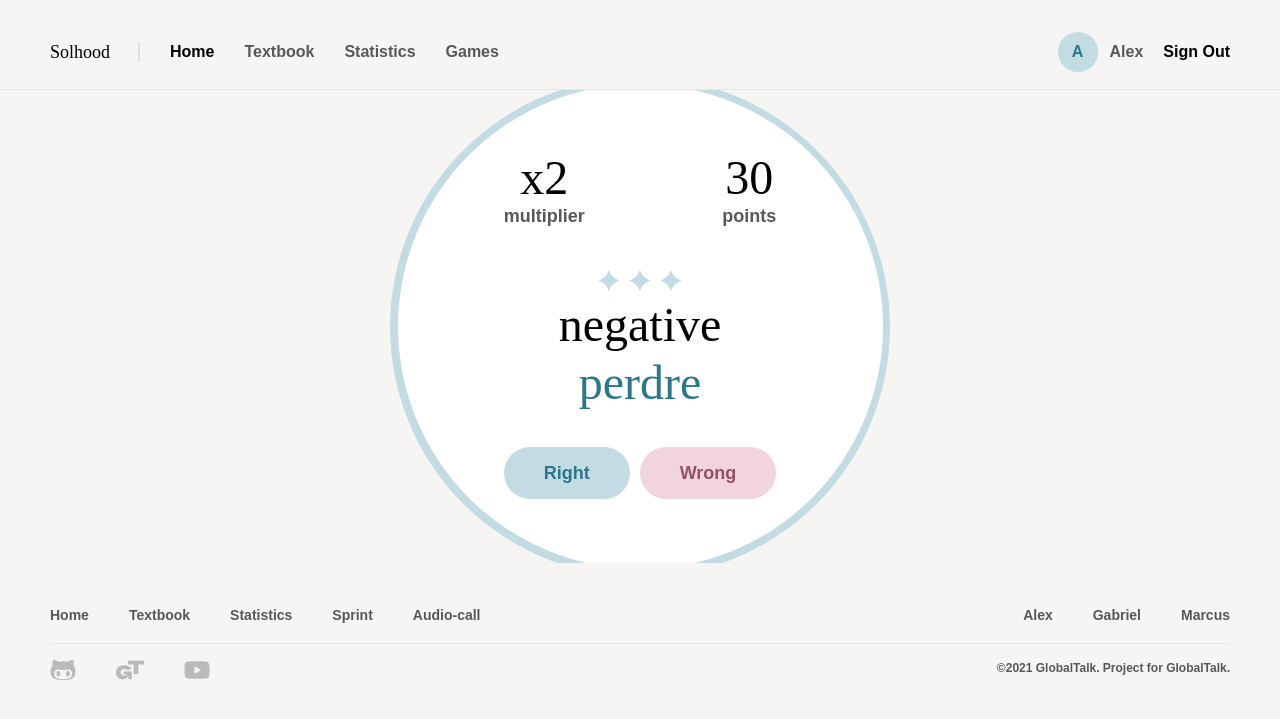
Repository: haudnn/solhood
Page: /game
The author's editor kept a copy of each file at every save. The page is drawn from the files as they stood at one save, then again after the next save.
The browser window is 1280 px wide. The pictures show the whole page.
The project was rebuilt for these pictures with package versions that can differ from the ones it lists, and the page was loaded fresh each time. Also part of the build but not shown: src/pages/Home.tsx, src/pages/Sprint.tsx.

Above is the page before, as saved 2023-01-03 18:00:05.

After the next save:
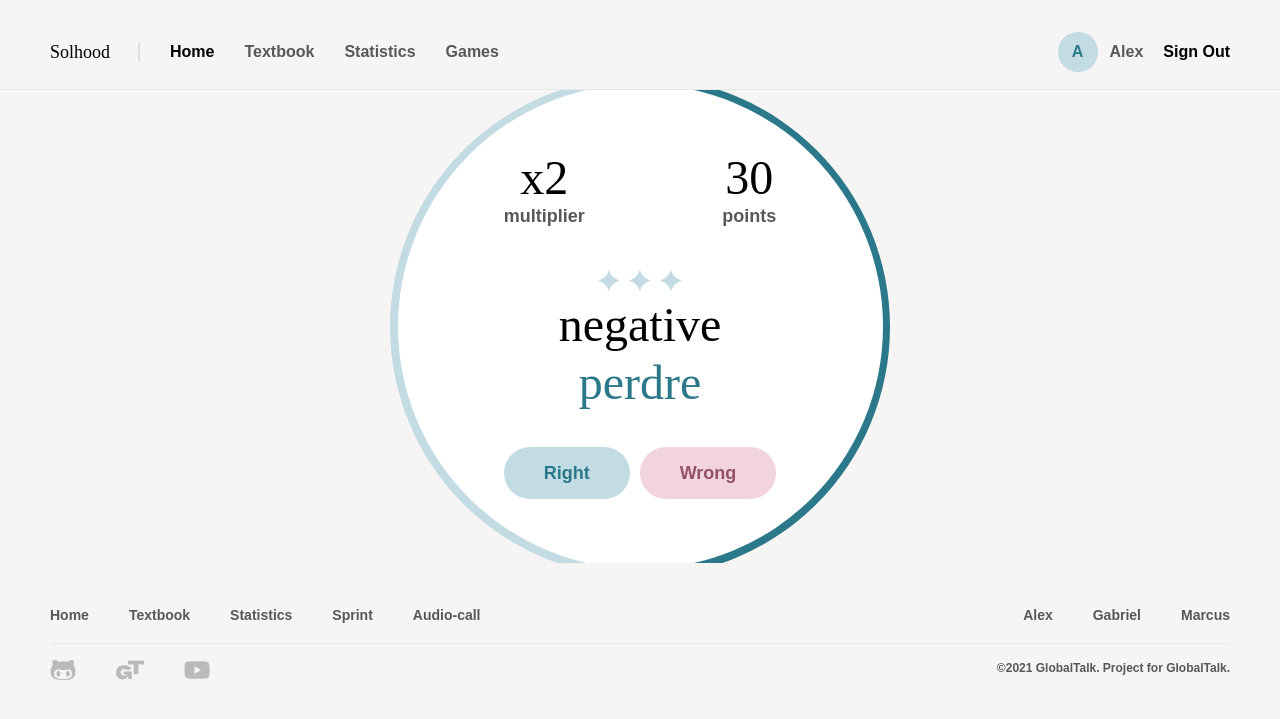
Saved 2 min 14 s later.
--- a/src/index.css
+++ b/src/index.css
@@ -31,7 +31,7 @@
         height: 500px;
         width: 500px;
         border-radius: 50%;
-        background: conic-gradient(#2b788b 3.6deg, #c3dce3 0deg);
+        background: conic-gradient(#2b788b 180deg, #c3dce3 0deg);
         display: flex;
         align-items: center;
         justify-content: center;
